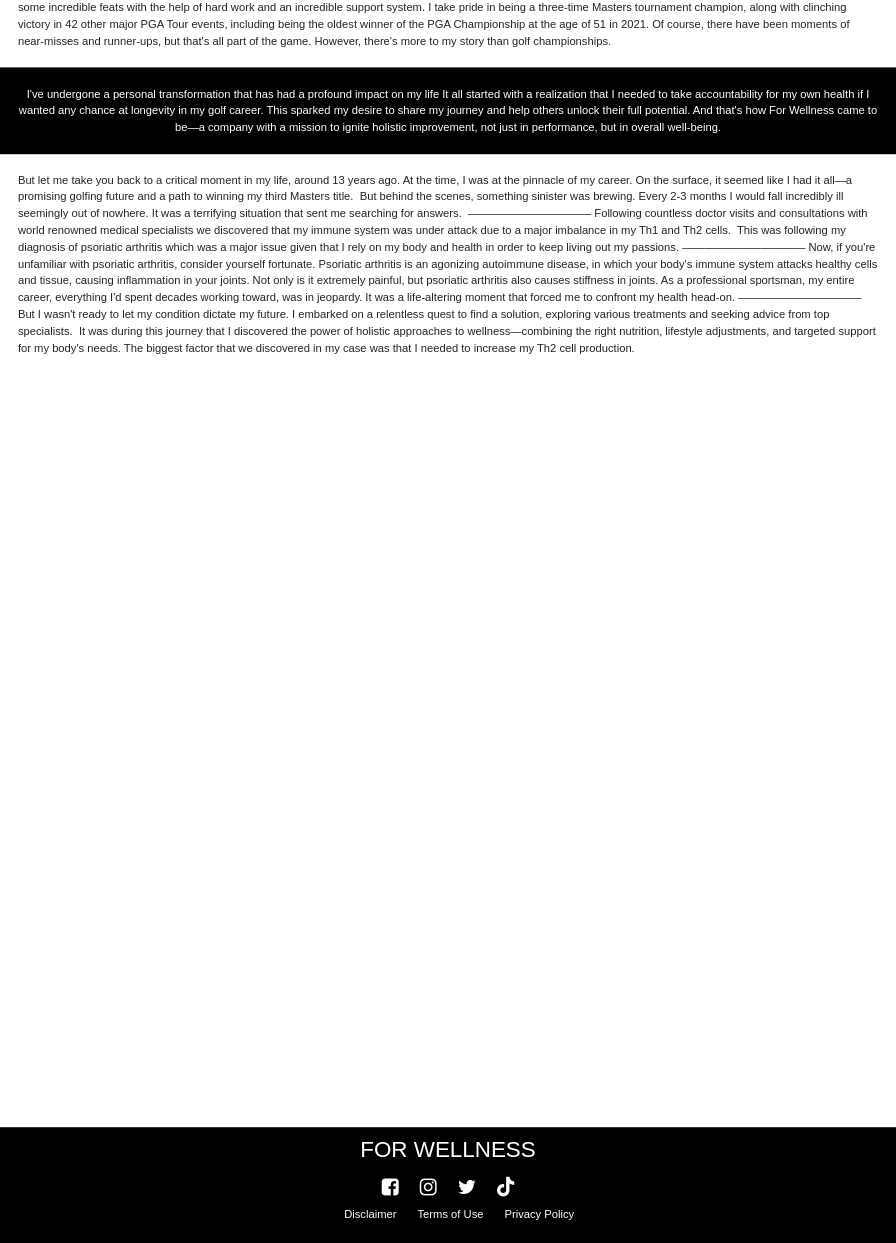
Repository: dariusprince90/wellness-landing
Page: index.html
An editor plug-in stored every save of this project. The page is shown before and after the next save, followed by the edit.
The browser window is 1280 px wide. The pictures show the part of the page from y = 1576 to 3496 px (the page is 3352 px tall before and 3496 px after), at 70% of full size.

Above is the page before, as saved 2023-07-26 09:58:48.

After the next save:
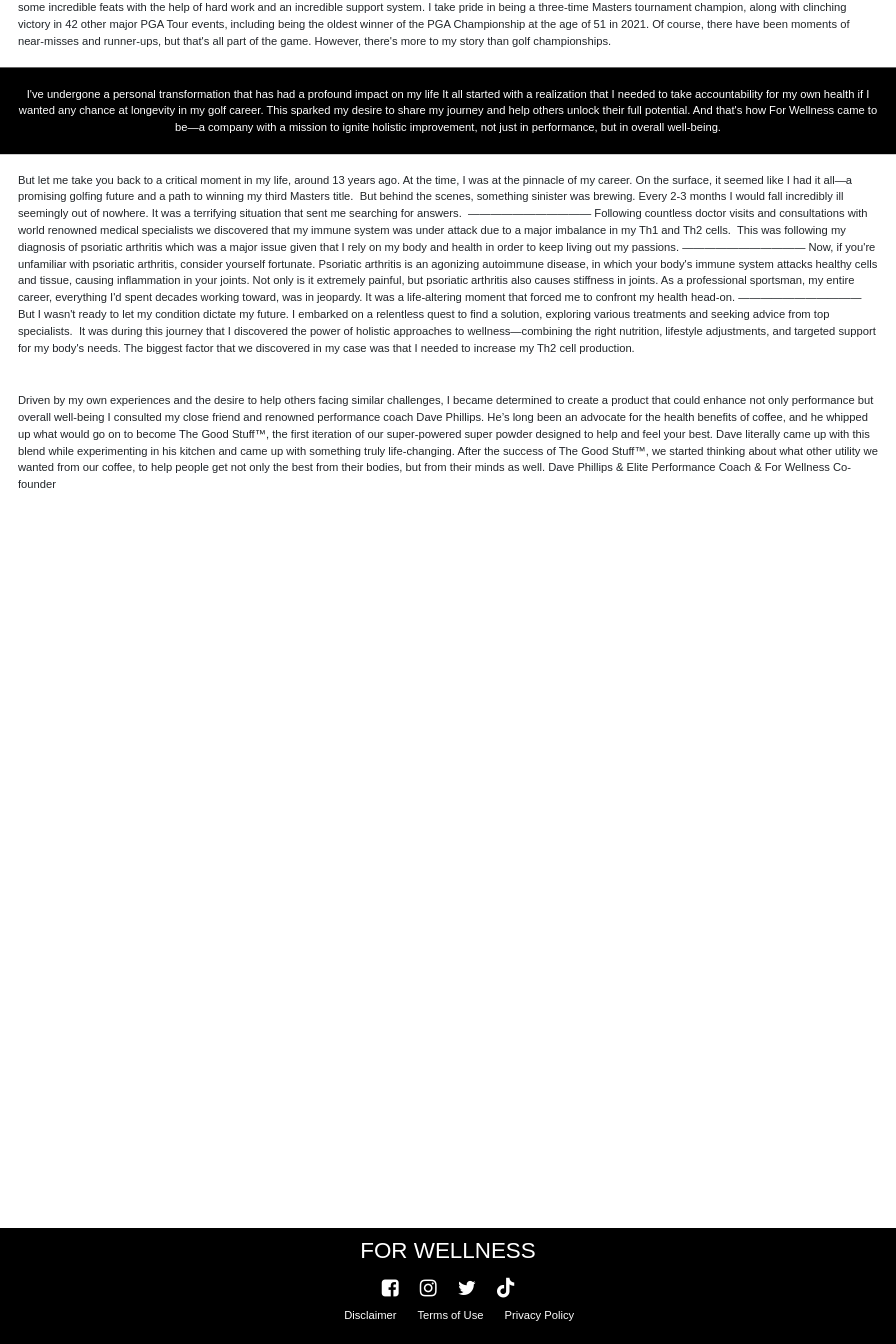
Saved 2 min 16 s later.
--- a/index.html
+++ b/index.html
@@ -298,9 +298,27 @@
 
 
     </section>
-    <section class="s-00#-text">
-    </section>
-    <section class="s-00#-text">
+
+
+    <section class="s-014-text">
+        Driven by my own experiences and the desire to help others
+facing similar challenges,
+
+
+I became determined to create a product
+that could enhance not only performance but overall well-being
+
+
+I consulted my close friend and renowned performance coach Dave Phillips. He’s long been an advocate for the health benefits of coffee, and he whipped up what would go on to become The Good Stuff™, the first iteration of our super-powered super powder designed to help and feel your best.
+
+Dave literally came up with this blend while experimenting in his kitchen and came up with something truly life-changing. After the success of The Good Stuff™, we started thinking about what other utility we wanted from our coffee, to help people get not only the best from their bodies, but from their minds as well.
+
+Dave Phillips & Elite Performance Coach
+& For Wellness Co-founder
+    </section>
+    <section class="s-015-text">
+
+
     </section>
     <section class="s-00#-text">
     </section>
